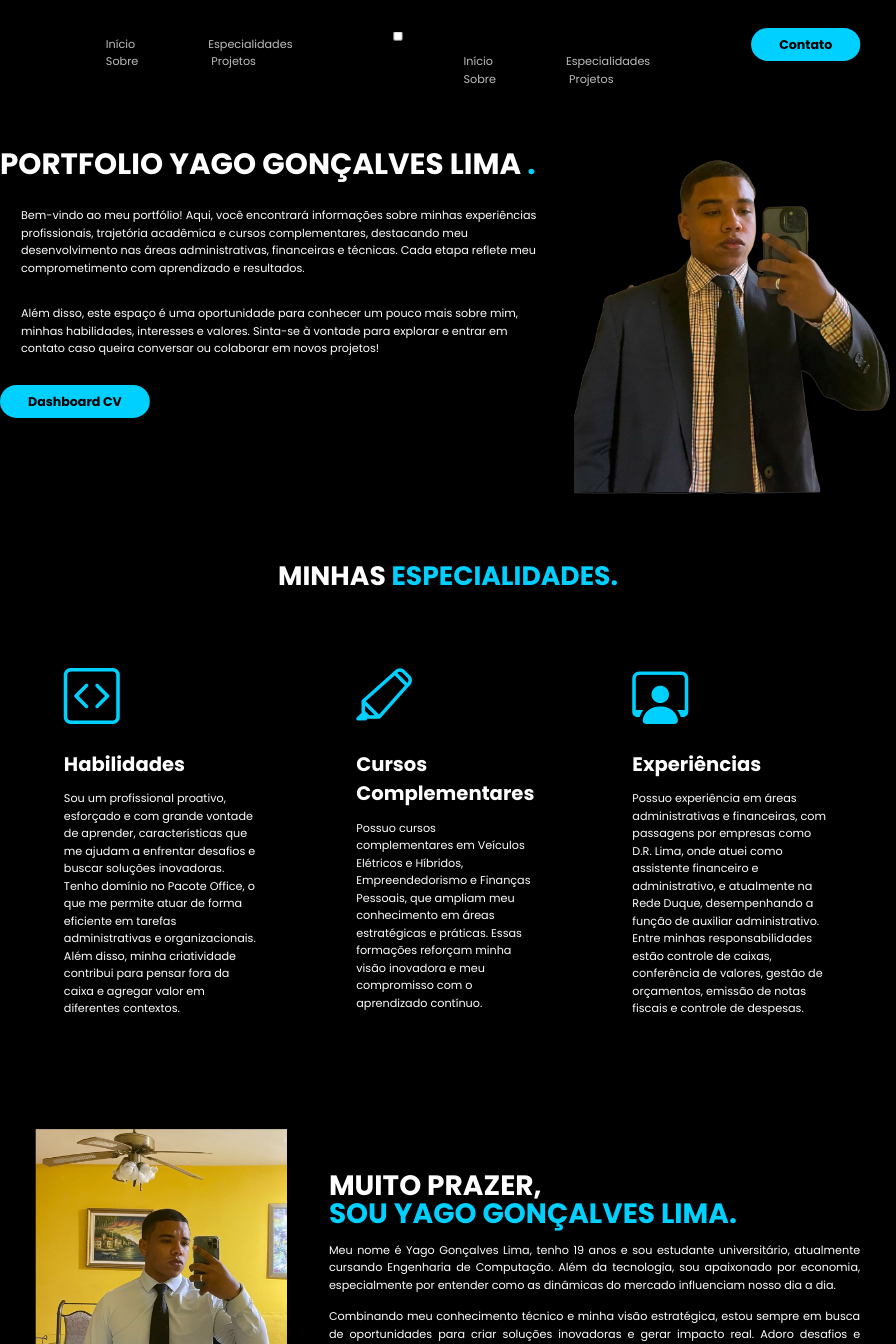
Repository: yagolima1511/Portfolio
Page: index.html
These files come from the project's save history. The page is drawn as it stood at one moment and after a run of saves; the edit follows.
The browser window is 1280 px wide. The pictures show the part of the page from y = 0 to 1920 px (the page is 3524 px tall before and 3574 px after), at 70% of full size.

Above is the page before, as saved 2025-03-03 21:12:33.

### index.html
<!DOCTYPE html>
<html lang="pt-br">
<head>
    <meta charset="UTF-8">
    <meta name="viewport" content="width=device-width, initial-scale=1.0">
    <link rel="preconnect" href="https://fonts.googleapis.com">
<link rel="preconnect" href="https://fonts.gstatic.com" crossorigin>
<link href="https://fonts.googleapis.com/css2?family=Cabin:ital,wght@0,400..700;1,400..700&family=Poppins:ital,wght@0,100;0,200;0,300;0,400;0,500;0,600;0,700;0,800;0,900;1,100;1,200;1,300;1,400;1,500;1,600;1,700;1,800;1,900&display=swap" rel="stylesheet">
<link rel="stylesheet" href="https://cdn.jsdelivr.net/npm/bootstrap-icons@1.11.3/font/bootstrap-icons.min.css">
    <link rel="stylesheet" href="style.css">
    <link rel="icon" href="imagens.portifolio/logo_yago_sem_fundo.png">
    <title>Yago Gonçalves Lima</title>
</head>
<body>

    <header>
        <div class="interface">
             <nav>
                <nav class="menu-desktop">
                    <ul>
                        <li><a href="#início">Início</a></li>
                        <li><a href="#especialidades">Especialidades</a></li>
                        <li><a href="#sobre">Sobre</a></li>
                        <li><a href="#projetos">Projetos</a></li>
                    </ul>
                </nav>
             </nav>
             <!-- MENU MOBILE-->
              <div class="menu-mobile">
                <input type="checkbox" id="menu-toggle">
                <label for="menu-toggle" class="menu-btn">
                    <i class="bi bi-list"></i>
                </label>
                <nav class="mobiel-nav">
                    <ul>
                          <li><a href="#início">Início</a></li>
                        <li><a href="#especialidades">Especialidades</a></li>
                        <li><a href="#sobre">Sobre</a></li>
                        <li><a href="#projetos">Projetos</a></li>
                    </ul>

                    <div class="btn-contato">

                    </div>


                    </ul>
                </nav>
              </div>

             <div class="btn-contato">
                <a href="https://api.whatsapp.com/send?phone=5511951423405">
                    <button>Contato</button>
                </a>
             </div>
        </div><!--INTERFACE-->
    </header>

    <main>
        <section id="início">
        <section class="topo-do-site">
            <div class="interface">
                <div class="flex">
                    <div class="txt-topo-site">
                       <h1>PORTFOLIO YAGO GONÇALVES LIMA <span>.</span></h1>
                       <p>Bem-vindo ao meu portfólio! Aqui, você encontrará informações sobre minhas experiências profissionais, trajetória acadêmica e cursos complementares, destacando meu desenvolvimento nas áreas administrativas, financeiras e técnicas. Cada etapa reflete meu comprometimento com aprendizado e resultados.</p>
                       <p>Além disso, este espaço é uma oportunidade para conhecer um pouco mais sobre mim, minhas habilidades, interesses e valores. Sinta-se à vontade para explorar e entrar em contato caso queira conversar ou colaborar em novos projetos!</p>

                       <div class="btn-contato">
                        <a href="https://www.canva.com/design/DAGZft-klJw/L4ZIEv-Um3k0rW6E9iZL9g/edit?utm_content=DAGZft-klJw&utm_campaign=designshare&utm_medium=link2&utm_source=sharebutton">
                            <button>Dashboard CV</button>
                        </a>
                       </div>
                    </div>
                    <div class="img-topo-site">
                        <img id="img-home" src="imagens.portifolio/yago sem fundo.png" alt="" class="tamanho-fixo">

                    </div>
                </div>
            </div>
        </section>
    </section>
        <section id="especialidades">

        <section class="especialidades">
            <div class="interface">
                <h2 class="titulo">MINHAS <span>ESPECIALIDADES.</span></h2>
                <div class="flex">
                     <div class="especialidades-box">
                     <i class="bi bi-code-square"></i>
                     <h3>Habilidades</h3>
                     <p>Sou um profissional proativo, esforçado e com grande vontade de aprender, características que me ajudam a enfrentar desafios e buscar soluções inovadoras. Tenho domínio no Pacote Office, o que me permite atuar de forma eficiente em tarefas administrativas e organizacionais. Além disso, minha criatividade contribui para pensar fora da caixa e agregar valor em diferentes contextos.</p>
                </div>


                     <div class="especialidades-box">
                        <i class="bi bi-highlighter"></i>
                     <h3>Cursos Complementares</h3>
                     <p>Possuo cursos complementares em Veículos Elétricos e Híbridos, Empreendedorismo e Finanças Pessoais, que ampliam meu conhecimento em áreas estratégicas e práticas. Essas formações reforçam minha visão inovadora e meu compromisso com o aprendizado contínuo.</p>
                </div>

                     <div class="especialidades-box">
                        <i class="bi bi-person-workspace"></i>
                     <h3>Experiências</h3>
                     <p>Possuo experiência em áreas administrativas e financeiras, com passagens por empresas como D.R. Lima, onde atuei como assistente financeiro e administrativo, e atualmente na Rede Duque, desempenhando a função de auxiliar administrativo. Entre minhas responsabilidades estão controle de caixas, conferência de valores, gestão de orçamentos, emissão de notas fiscais e controle de despesas.
                    </p>
                </div>
            </div>
        </section>
    </section>
             <section id="sobre">
                    <section class="sobre">
                        <div class="interface">
                            <div class="flex">
                                <div class="img-sobre">
                                    <img src="imagens.portifolio/camisa gravata.jpeg" alt="" class="tamanho-fixo">
                                </div>
                                <div class="txt-sobre">
                                      <h2>MUITO PRAZER,<span> SOU YAGO GONÇALVES LIMA.</span> </h2>
                                          <p>Meu nome é Yago Gonçalves Lima, tenho 19 anos e sou estudante universitário, atualmente cursando Engenharia de Computação. Além da tecnologia, sou apaixonado por economia, especialmente por entender como as dinâmicas do mercado influenciam nosso dia a dia.</p>
                                          <p>Combinando meu conhecimento técnico e minha visão estratégica, estou sempre em busca de oportunidades para criar soluções inovadoras e gerar impacto real. Adoro desafios e acredito que o futuro pertence a quem está disposto a aprender e empreender!</p>
                                          <div class="btn-social">

                                                <a href="https://api.whatsapp.com/send?phone=5511951423405"><button><i class="bi bi-whatsapp"></i></button></a>
                                                <a href="https://www.linkedin.com/in/yago-lima-50758a299?utm_source=share&utm_campaign=share_via&utm_content=profile&utm_medium=ios_app"><button><i class="bi bi-linkedin"></i></button></a>

                                          </div>
                                </div>

                            </div>
                        </div>
                    </section>
                </section>
                    <section id="projetos">

                    <section class="projetos">
                        <div class="interface">
                            <h2><h2 class="titulo">PROJETO <span>DESENVOLVIDO.</span></h2></h2>

                           <div class="flex">
                            <div class="img-proj" style="background-image: url(imagens.portifolio/WhatsApp\ Image\ 2024-12-10\ at\ 22.25.13.jpeg);">
                                <div class="overlay">Projeto AlphaTec</div>
                            </div>
                            <div class="img-proj" style="background-image: url(imagens.portifolio/WhatsApp\ Image\ 2024-12-10\ at\ 22.20.26.jpeg);">
                                <div class="overlay">Projeto AlphaTec</div>
                            </div>
                            <div class="img-proj" style="background-image: url(imagens.portifolio/WhatsApp\ Image\ 2024-12-10\ at\ 22.20.24.jpeg);">
                                <div class="overlay">Projeto AlphaTec</div>

                            </div>
                           </div>
                        </div>

                        <section class="projeto">
                            <div class="interface">
                                <div class="flex">
                        <div class="txt-paragrafo-projeto">
                                <p>Juntamente com meus colegas de faculdade, desenvolvemos o Projeto AlphaTec. O projeto do carrinho autônomo com Arduino é uma aplicação simples de robótica, onde o objetivo principal é criar um veículo que detecte obstáculos e mude de direção automaticamente usando um sensor ultrassônico. Aqui está uma explicação didática e direta sobre os principais componentes e funcionamento:</p>

                        </div> <!--txt-->
                    </div>
                            </div><!--INTERFACE-->



                     </section>


                     <ul>
                        <li>
                            Arduino: É o "cérebro" do carrinho, responsável por processar as informações do sensor ultrassônico e controlar os motores.
                        <li>

                                Sensor Ultrassônico (HC-SR04): Detecta obstáculos à frente, medindo a distância usando ondas sonoras.
                            </li>
                            <li>
                                Motores e Ponte H (L298N): Movem o carrinho e permitem controlar o sentido de rotação (para frente, para trás ou virar).
                            </li>
                            <li>
                                Baterias/Pilhas: Alimentam o Arduino e os motores.
                            </li>
                            <li>
                                Estrutura do Carrinho: Uma base com rodas onde os componentes são fixados
                            </li>
                        </ul>

                    </section>
                </section>


    </main>
    <footer>
        <div class="interface">
            <div class="line-footer">
                <div class="flex">
                <div class="btn-social">

                    <a href="https://api.whatsapp.com/send?phone=5511951423405"><button><i class="bi bi-whatsapp"></i></button></a>
                    <a href="https://www.linkedin.com/in/yago-lima-50758a299?utm_source=share&utm_campaign=share_via&utm_content=profile&utm_medium=ios_app"><button><i class="bi bi-linkedin"></i></button></a>

              </div>
            </div>
            </div>
                <div class="line-footer borda">
                    <p><i class="bi bi-envelope-fill"></i> <a href="mailto:goncalveslima2005@gmail.com">goncalveslima2005@gmail.com</a></p>

            </div>

        </div>
    </footer>
</body>
</html>

### style.css
/*ESTILO GERAL*/
html {
    scroll-behavior: smooth;
}

*{
    margin: 0;
    padding: 0;
    box-sizing: 0;
    font-family: "Poppins", serif;
}

body{
    background-color: black;
    height: 100vh;
}

.interface{
    max-width: 1280px;
    margin: 0 auto;
}

.flex{
    display: flex;
}

.btn-contato button{
    padding: 10px 40px;
    font-size: 18px;
    font-weight: 700;
    background-color: #00d0ff;
    border: 0;
    border-radius: 30px;
    cursor: pointer;
    transition: .2s;
}

h2.titulo{
    color: white;
    font-size: 38px;
    text-align: center;
}

h2.titulo span{
    color: #00d0ff;
}

 button:hover{
    box-shadow: 0px 0px 8px #00d0ff;
    transform: scale(1.05);
}

/* ESTILO DO CABEÇALHO */
header{
    padding: 40px 4%;
}

header > .interface{
    display: flex;
    align-items: left;
    justify-content: space-between;
}

header a{
    color: #7d7d7d;
    text-decoration: none;
    display: inline-block;
    transition: .2s;
}

header a:hover{
    color:#fff;
    transform: scale(1.05);
}

header nav ul{
    list-style-type: none;
}

header nav ul li{
    display: inline-block;
    padding: 0 50px;
}

/* ESTILO DO TOPO DO SITE */
section.topo-do-site{
    padding: 40px 0%;
}

section.top-do-site.flex{
    align-items: center;
    justify-content: center;
    gap: 90px;
}

.topo-do-site h1{
    color: white;
    font-size: 42px;
    line-height: 40px;
}

.txt-topo-site span{
    color: #00d0ff;
}

.topo-do-site .txt-topo-site p{
    color: white;
    margin: 40px 30px;

}

.topo-do-site .img-topo-site img{
    position: relative;
    animation: flutuar 2s ease-in-out infinite alternate;
}

@keyframes flutuar{
    0%{
        top: 0;
    }
    100%{
        top: 30px;
    }
}

/* ESPECIALIDADES */
section.especialidades{
    padding: 40px 4%;
}

section.especialidades .flex{
    gap: 60px;
}

.especialidades .especialidades-box{
    color: white;
    padding: 40px;
    border-radius: 20px;
    margin-top: 45px;
    transition: .2s;
}

.especialidades .especialidades-box:hover{
    transform: scale(1.05);
    box-shadow: 0 0 8px #ffffff78;
}

.especialidades .especialidades-box i{
    font-size: 80px;
    color: #00d0ff;
}

.especialidades .especialidades-box h3{
   font-size: 28px;
   margin: 15px 0;
}

/* ESTILO SOBRE */
section.sobre{
    padding: 80px 4%;
}

section.sobre .flex{
    align-items: center;
    gap: 60px;
}

.sobre .txt-sobre{
    color: white;
    line-height: 40px;
    margin-bottom: 30px;
}

.sobre .txt-sobre h2{
    font-size: 40px;
}

.sobre .txt-sobre h2 span{
    color: #00d0ff;
    display: block;
}

.sobre .txt-sobre p{
     margin: 20px 0;
     text-align: justify;
     line-height: 25px;
}

 .btn-social button{
     width: 60px;
     height: 60px;
     border-radius: 50%;
     border: none;
     background-color: #00d0ff;
     font-size: 22px;
     cursor: pointer;
     margin: 0 5px;
     transition: 2.s;
}

/* ESTILO DO PORTIFÓLIO */
section.projetos{
     padding: 80px 4%;
     box-shadow: 0 0 40px 10px rgba(255, 255, 255, 0.107);
}

section.projetos .flex{
    justify-content: space-around;
    margin-top: 60px;
}

.img-proj{
    width: 360px;
    height: 460px;
    background-size: cover;
    background-position: 100% 0%;
    transition: 1s;
    cursor: pointer;
    border-radius: 40px;  /* DEIXA A FOTO C ASA BORDAS REDONDAS */
    position: relative;
}

.img-proj:hover{
    background-position: 100% 100%;
}


.overlay{
    position: absolute;
    top: 0;
    left: 0;
    width: 100%;
    height: 100%;
    background-color: #010d01c3;
    border-radius: 40px;
    display: flex;
    align-items: center;
    justify-content: center;
    font-size: 24px;
    font-weight: 600;
    color: white;
    opacity: 0;
    transition: .5s;
}

.overlay:hover{
    opacity: 1;
}

.txt-paragrafo-projeto p{
    color: white;
    margin-bottom: 20px;
}

ul{
    list-style-position: inside;
    color: white;
    padding: 10px 50px;
}

/* ESTILO DO RODAPÉ */

footer{
    padding: 60px 4%;
    box-shadow: 0 0 40px 10px rgba(255, 255, 255, 0.090);
}

footer .flex{
    justify-content: space-between;
}

footer .line-footer{
    padding: 20px 0;
}

.borda{
    border-top: 2px solid #00d0ff;
}

footer .line-footer p i{
    color: #00d0ff;
    font-size: 22px;
}

footer .line-footer p a{
    color: white;
}

footer .line-footer p{
    text-align: right;
}



@media screen and (max-width: 1041.60px){
    /*classes gerais*/

    .flex{
        flex-direction: column-reverse;
    }

    h2.titulo{
        font-size: 34px;
        line-height: 40px;
    }

    /*cabeçalho*/
    .menu-desktop, .btn-contato{
        display: none;
    }

    .img-topo-site {
        display: none;
    }

    .txt-topo-site h1{
        margin: 7px;
        text-align: center;
        font-size: 35px;
    }

    /*topo do site*/

    section.top-do-site .flex{
        gap: 40px;

    section.topo-do-site{
        padding: 20px 8%;
    }


    .topo-do-site h1{
        font-size: 30px;
    }


    .topo-do-site .img-topo-site img{
        width: 100%;

    }
}
    /* ESPECIALIDADES */
section.especialidades{
    padding: 40px 8%;
    flex-direction: column;
}
/* SOBRE */
section.sobre{
    padding: 80px 8%;
}
.sobre .txt-sobre h2{
    font-size: 35px;
    line-height: 35px;
    text-align: center;
}
.btn-social{
    text-align: center;
}

.img-sobre img{
    width: 100%;
}

/* PROJETO*/
section.projetos{
    padding: 80px 8%;
}
.img-proj{
    width: 100%;
    max-width: 360px;
    margin: 0 auto;

}

section.projetos .flex{
   gap: 60px;
}
footer .flex{
    flex-direction: column;
}

footer .line-footer p{
    text-align: center;
}


}

.tamanho-fixo{


    height: 492px;
}

header a {
    color: #bdbdbd;
    text-decoration: none;
    display: inline-block;
    transition: .2s;
}

After the next 3 saves:
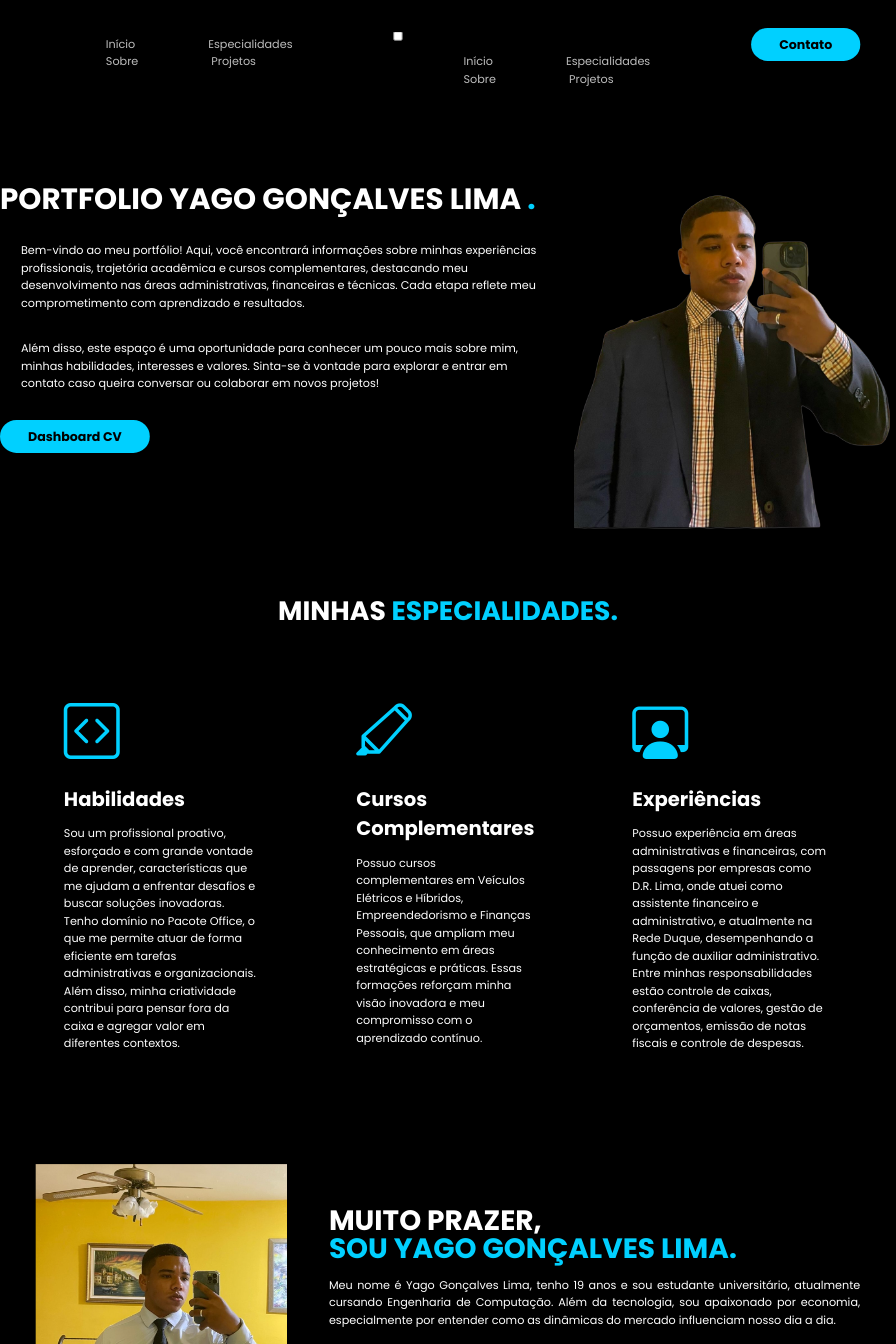
The 3 saves are shown as one change because they came seconds apart.
The last was saved 8 s later.
--- a/index.html
+++ b/index.html
@@ -40,7 +40,7 @@
                     </ul>
 
                     <div class="btn-contato">
-
+                        <a href=""
                     </div>
 
 
